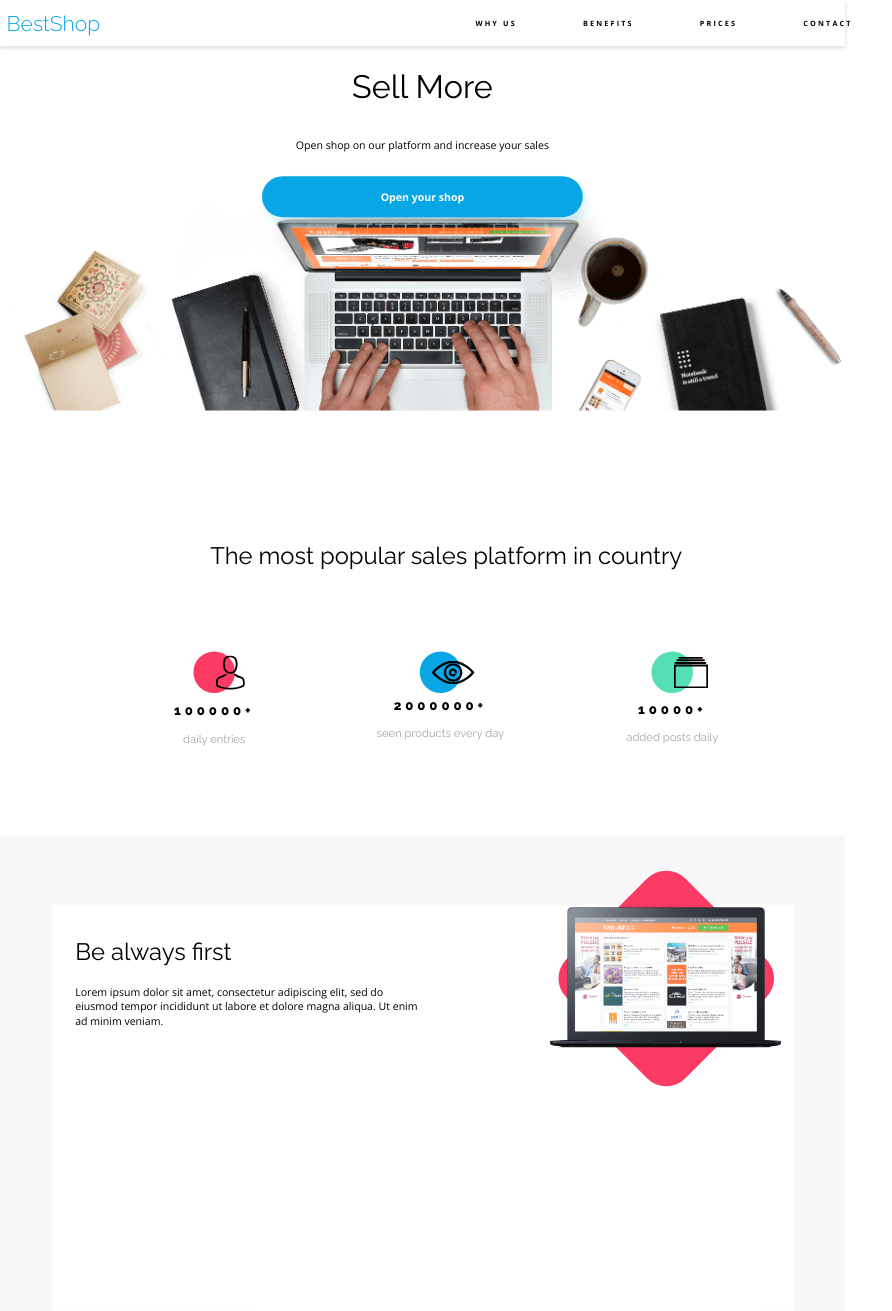
Repository: Widzisz/bestshop-website
Page: index.html
The author's editor kept a copy of each file at every save. The page is drawn from the files as they stood at one save, then again after the next save.
The browser window is 1280 px wide. The page is 1352 px wide, so the pictures cover 1352 px, including what lies to the right of the window. The pictures show the whole page, at 66% of full size.

Above is the page before, as saved 2021-03-19 21:06:04.

After the next save:
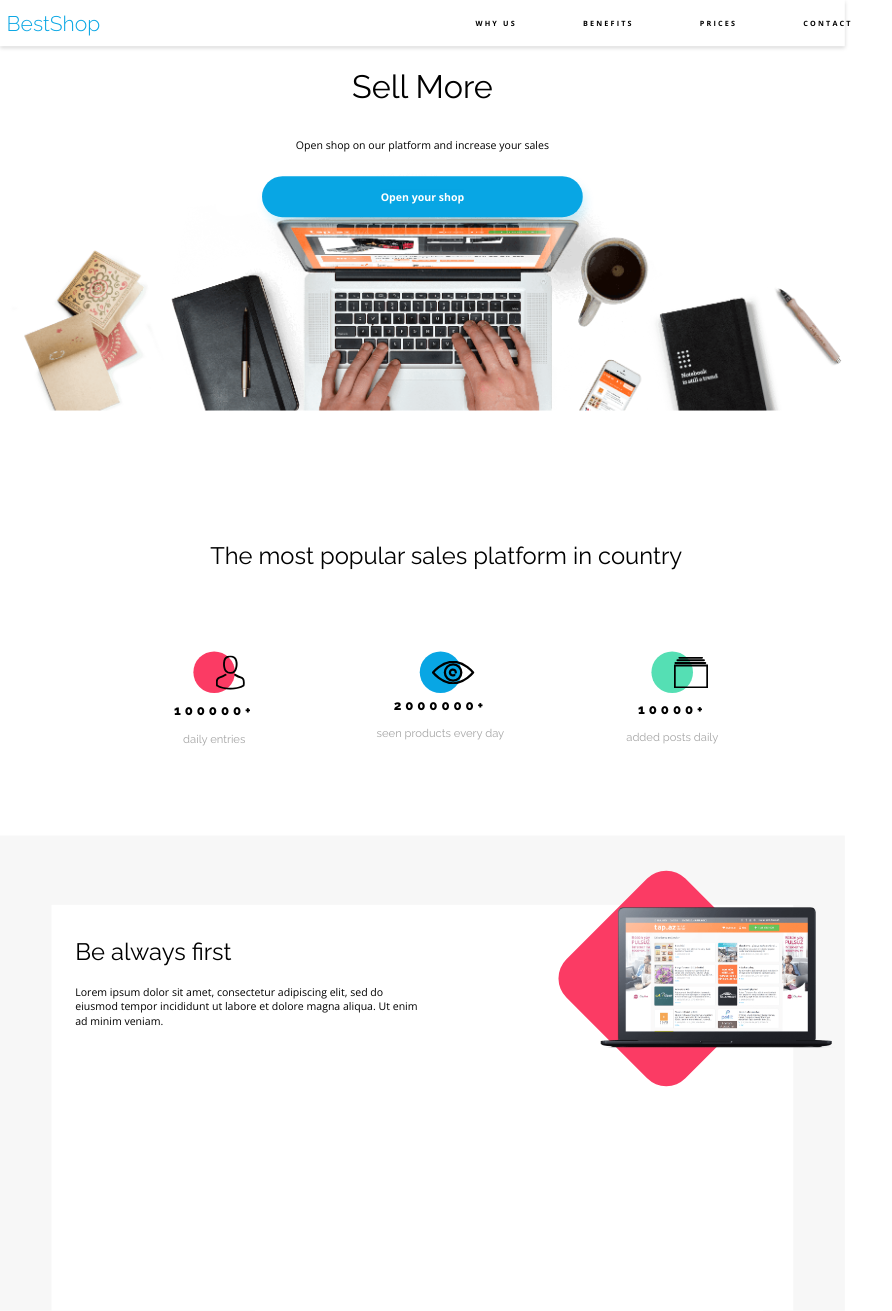
Saved 2 min 15 s later.
--- a/css/style.css
+++ b/css/style.css
@@ -288,6 +288,7 @@
   width: 386px;
   height: 219px;
   position: relative;
+  left: 20%;
   z-index: 1;
 }
 .promotion__image-figure-1 {
@@ -297,7 +298,7 @@
   border-radius: 41px;
   opacity: 1;
   transform: rotate(45deg);
-  position: absolute; left: 70% top 20%;
+  position: absolute;
   z-index: 0;
 }
 .text__rows {

After the save that followed:
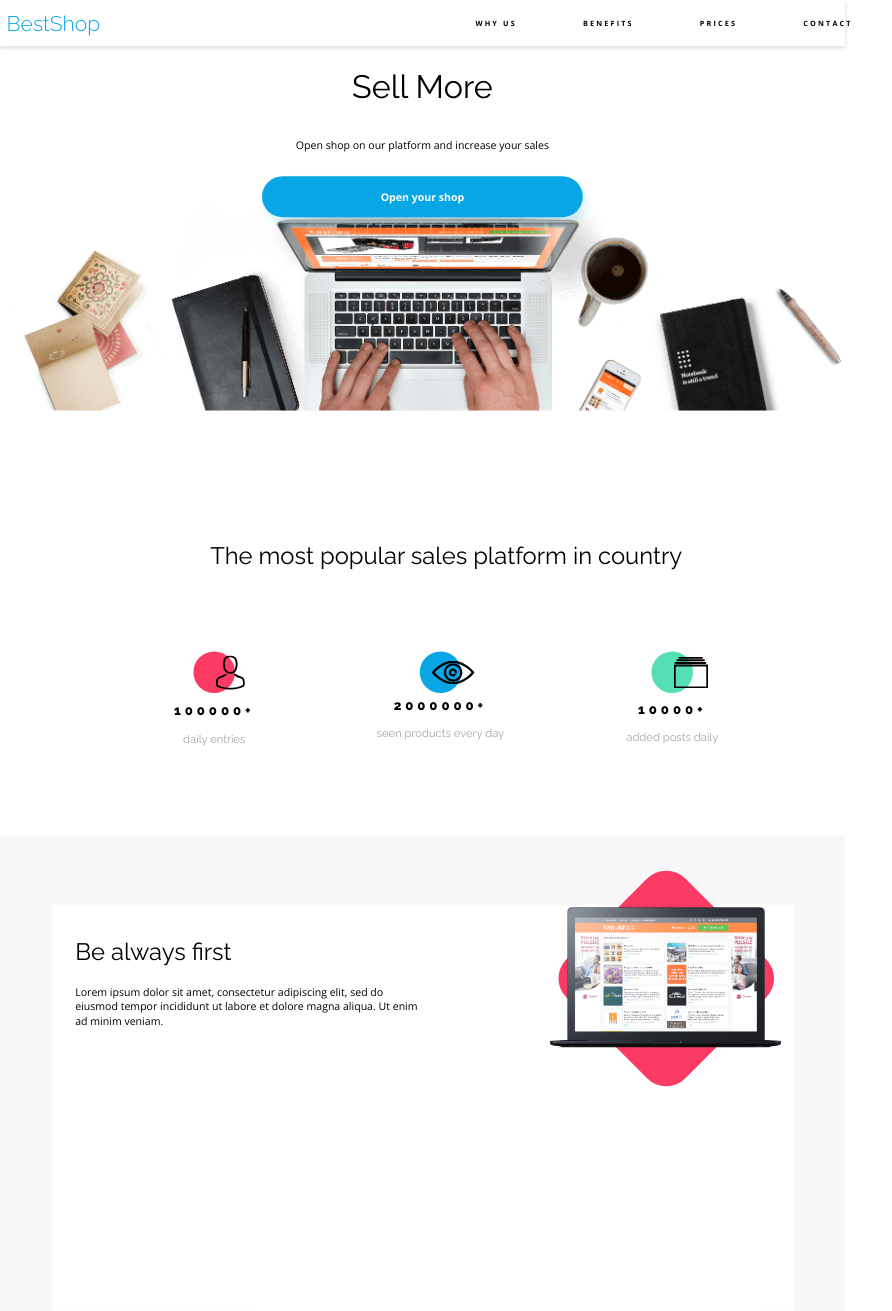
Saved 15 s later.
--- a/css/style.css
+++ b/css/style.css
@@ -288,7 +288,6 @@
   width: 386px;
   height: 219px;
   position: relative;
-  left: 20%;
   z-index: 1;
 }
 .promotion__image-figure-1 {
